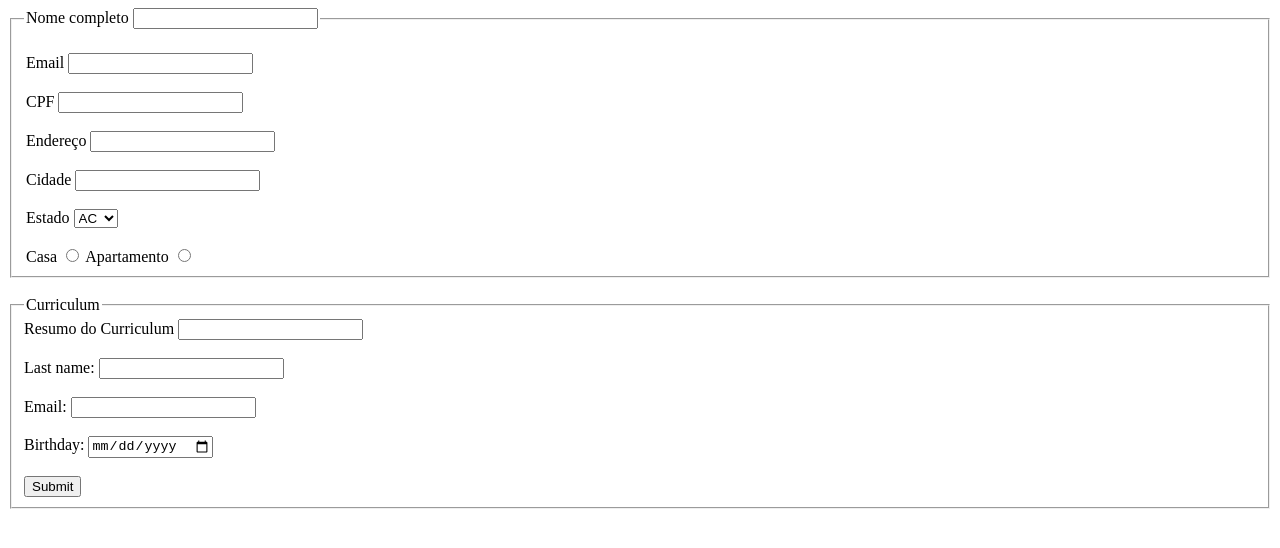
Repository: Parker9309/-trybe-exercises
Page: exercises/exercises-bloco6/html-e-css-forms-flexbox-e-responsivo_1/index.html
The author's editor kept a copy of each file at every save. The page is drawn from the files as they stood at one save, then again after the next save.
The browser window is 1280 px wide. The pictures show the whole page.

Above is the page before, as saved 2021-03-16 20:16:59.

### exercises/exercises-bloco6/html-e-css-forms-flexbox-e-responsivo_1/index.html
<!DOCTYPE html>
<html lang="pt-br">
<head>
  <meta charset="UTF-8">
  <meta http-equiv="X-UA-Compatible" content="IE=edge">
  <meta name="viewport" content="width=device-width, initial-scale=1.0">
  <title>Document</title>
</head>
<body>
  <form>
    <div id="forms">
    <fieldset>
      <legend>
        <label form="nome"> Nome completo
          <input type = "text" name="nome" id="nome" maxlength="40" required>
        </label>
      </legend>

  <br>

    <legend>
      <label form="mail"> Email
        <input type = "text" name="nome" id="mail" maxlength="50" required>
      </label>
    </legend>

  <br>

    <legend>
      <label form="cpf"> CPF
        <input type = "text" name="nome" id="cpf" maxlength="11" required>
      </label>
    </legend>

<br>

  <legend>
    <label form="nome"> Endereço
      <input type = "text" name="nome" id="endereço" maxlength="200" required>
    </label>
  </legend>

<br>

  <legend>
    <label form="nome"> Cidade
      <input type = "text" name="nome" id="city" maxlength="28" required>
    </label>
  </legend>

<br>

  <legend>
    <label form="nome"> Estado
      <select name="nome" id="estados" required>
    </label>
  </legend>

<br>

  <legend>
    <label form="nome"> Estado
      <select name="nome" id="estados" required>
    </label>
  </legend>

<br>

  <legend>
      <label form="nome">Casa</label>
      <input type="radio" name="nome" id="Moradia" required>
      <label form="nome">Apartamento</label>
      <input type="radio" name="nome" id="Moradia" required>
  </legend>
</fieldset>
<br>
<fieldset>
  <legend>Curriculum</legend>
  <label for="fname">Resumo do Curriculum</label>
  <input type="text" id="fname" name="fname"><br><br>
  <label for="lname">Last name:</label>
  <input type="text" id="lname" name="lname"><br><br>
  <label for="email">Email:</label>
  <input type="email" id="email" name="email"><br><br>
  <label for="birthday">Birthday:</label>
  <input type="date" id="birthday" name="birthday"><br><br>
  <input type="submit" value="Submit">
</fieldset>
</div>
</form>
<script src = "script.js"></script>
</body>
</html>

### exercises/exercises-bloco6/html-e-css-forms-flexbox-e-responsivo_1/script.js
let opcoes = document.getElementById('estados');
function criarOpcoes() {
  let estadosBr = ['AC', 'AL', 'AP','AM', 'BA','CE', 'DF',
  'ES', 'GO', 'MA', 'MT', 'MS', 'MG', 'PA', 'PB', 'PR','PE', 'PI', 'RJ', 'RN', 'RS', 'RO', 'RR', 'SC', 'SP', 'SE', 'TO'];
  for (let stateIndex = 0; stateIndex < estadosBr.length; stateIndex += 1) {
    let opcao = document.createElement('option');
    opcao.value = estadosBr[stateIndex].toLowerCase();
    opcao.id = 'estados';
    opcao.innerHTML = estadosBr[stateIndex];
    opcoes.appendChild(opcao);
  }
}
criarOpcoes()

After the next save:
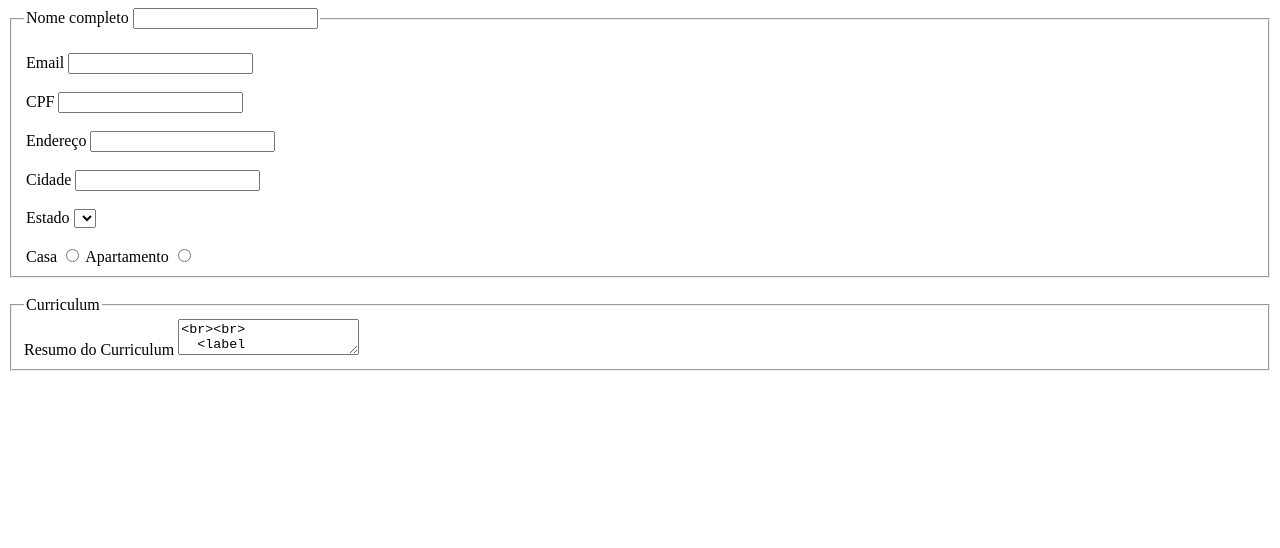
Saved 91 s later.
--- a/exercises/exercises-bloco6/html-e-css-forms-flexbox-e-responsivo_1/index.html
+++ b/exercises/exercises-bloco6/html-e-css-forms-flexbox-e-responsivo_1/index.html
@@ -77,7 +77,7 @@
 <fieldset>
   <legend>Curriculum</legend>
   <label for="fname">Resumo do Curriculum</label>
-  <input type="text" id="fname" name="fname"><br><br>
+  <textarea type="text" id="fname" name="fname"><br><br>
   <label for="lname">Last name:</label>
   <input type="text" id="lname" name="lname"><br><br>
   <label for="email">Email:</label>
